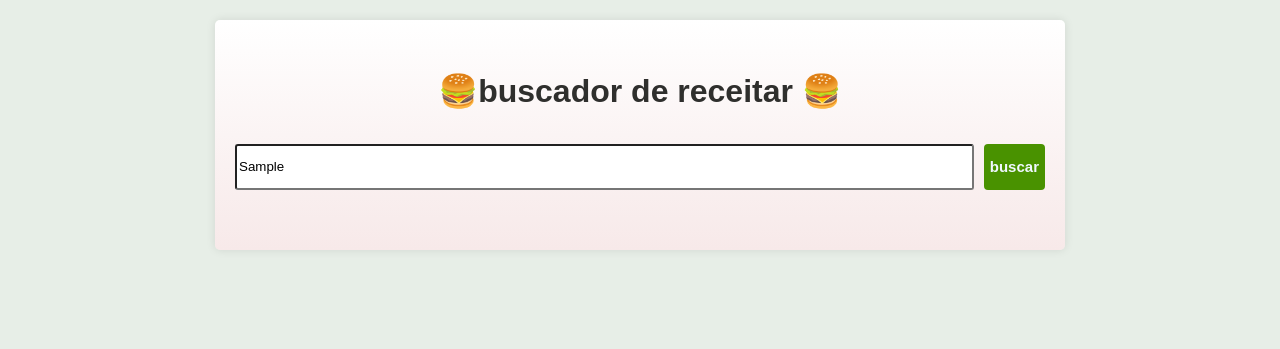
Repository: RoneT9/Receitas
Page: receita.html
These files come from the project's save history. The page is drawn as it stood at one moment and after the next save; the edit follows.
The browser window is 1280 px wide. The pictures show the whole page.
Empty fields were first filled with sample values (such as "Sample", 5 or name@example.com).
After loading, the first visible `form.search-form` was submitted once.
The page's requests for data from a server got no answer.

Above is the page before, as saved 2026-02-21 20:17:50.

### receita.html
<!doctype html>
<html lang="en">
  <head>
    <meta charset="UTF-8" />
    <meta name="viewport" content="width=device-width, initial-scale=1.0" />
    <link rel="stylesheet" href="receita.css" />
    <title>Document</title>
  </head>
  <body>
    <main class="container">
      <h1>buscador de receitar</h1>
      <form class="search-form">
        <input type="text" placeholder="digite o ingrediente" class="seach-ipunt" />
        <button class="btn" type="submit">buscar</button>
      </form>
      <div class="loading"></div>
      <div class="recipe-list"></div>
      <div class="recipe-details"></div>
    </main>
  </body>
  <script src="receita.js"></script>
</html>

### receita.css
body {
  margin: 0;
  padding: 20px;
  line-height: 1.9;
  font-family: sans-serif;
  background-color: rgb(231, 238, 231);
}

.container {
  width: 810px;
  background: linear-gradient(to top, rgb(247, 233, 233), white);
  margin: 0 auto;
  padding: 20px;
  box-shadow: 0 0 10px rgba(0, 0, 0, 0.1);
  border-radius: 5px;
}

h1 {
  color: rgb(47, 47, 45);
  text-align: center;
}

.search-form {
  display: flex;
  gap: 10px;
  margin-bottom: 20px;
}

.seach-ipunt {
  flex: 1;
  height: 28px;
  outline: none;
  border-radius: 3px;
  height: 40px;
}

.seach-ipunt:focus {
  background-color: rgb(221, 219, 217);
}

.btn {
  padding: 10px 20;
  background-color: rgb(73, 146, 0);
  cursor: pointer;
  border-radius: 4px;
  border: none;
  color: aliceblue;
  font-weight: 600;
  font-size: 15px;
  transition: 0.5s ease-out;
}

.btn:hover {
  background-color: rgb(94, 173, 14);
}

.btn:active {
  transform: scaleX(1.2);
}

h1::before {
  content: "🍔";
  color: brown;
}

h1::after {
  content: " 🍔";
  color: brown;
  object-fit: fill;
}

.recipe-card {
  border: 1px solid #decfcf;
  border-radius: 5px;
  text-align: center;
  cursor: pointer;
  transition: 0.05s;
  width: 400px;
}

.recipe-card img {
  margin: 30px;
  height: 200px;
  width: 250px;
  object-fit: cover;
  border-radius: 5px;
  box-shadow: 0 0 10px rgba(01, 10, 0, 0.1);
  transition: 02s;
}

img:hover {
  transform: scaleX(1.1);
  transform: scaleY(1.1);
}

.recipe-list {
  display: grid;
  grid-template-columns: repeat(auto-fill, minmax(200px, 1fr));
  gap: 3px;
}

.recipe-details {
  margin-top: 20px;
}

.recipe-details img {
  /* width: 100%; */
  max-width: 400px;
  height: 450px;
  object-fit: cover;
  border-radius: 5px;
  box-shadow: 2px 2px 10px 2px;
}

### receita.js
//ALGORITMOS

//Saber quando o usuario clicou na receita
//Busca informaçães da receita individual na API
//Colocar a receita individualna tela

//Pegar a informação do input , quando o botão for clicado
const input = document.querySelector(".seach-ipunt");
const form = document.querySelector(".search-form");
const recipelist = document.querySelector(".recipe-list");
const recipeDetails = document.querySelector(".recipe-details");

form.addEventListener("submit", (e) => {
  e.preventDefault();
  const inputValue = e.target[0].value;
  seachRecipes(inputValue);
});

//Ir ate a API , trazer as receitas
async function seachRecipes(ingredient) {
  const response = await fetch(`https://www.themealdb.com/api/json/v1/1/filter.php?i=${ingredient}`);
  const data = await response.json();
  showRecipe(data.meals);
}

//Colocar as receitas na tela
function showRecipe(recipes) {
  recipelist.innerHTML = recipes
    .map(
      (item) =>
        `
    <div class ="recipe-card"onclick ="getRecipeDatails(${item.idMeal})">
    <img src = "${item.strMealThumb}" alt = "recipe-photo">
    <h3>${item.strMeal}</h3>
    </div>
    <br/>
    `,
    )
    .join("");
}
//saber quando o usuario clicou na receita
async function getRecipeDatails(id) {
  const response = await fetch(`https://www.themealdb.com/api/json/v1/1/lookup.php?i=${id}`);
  const data = await response.json();
  const recipe = data.meals[0];

  let ingredients = "";

  for (let i = 1; i <= 20; i++) {
    if (recipe[`strIngredient${i}`]) {
      ingredients += `<li>${recipe[`strIngredient${i}`]} - ${recipe[`strMeasure${i}`]}</li>`;
    } else {
      break;
    }
  }

  recipeDetails.innerHTML = `
  <h2>${recipe.strMeal}</h2>
  <img src="${recipe.strMealThumb}" alt=${recipe.strMeal}">
  <h3>Categoria: ${recipe.strCategory}</h3>
  <h3>Origem: ${recipe.strArea}</h3>
  <h3>ingredientes</h3>
  <ul>${ingredients} </ul>
  <h3>instruçães</h3>
  <p>${recipe.strInstructions}</p>
  <p>video: <a href="${recipe.strYoutube}"target="_blank">Assistar no Yobube<p/>`;
}

After the next save:
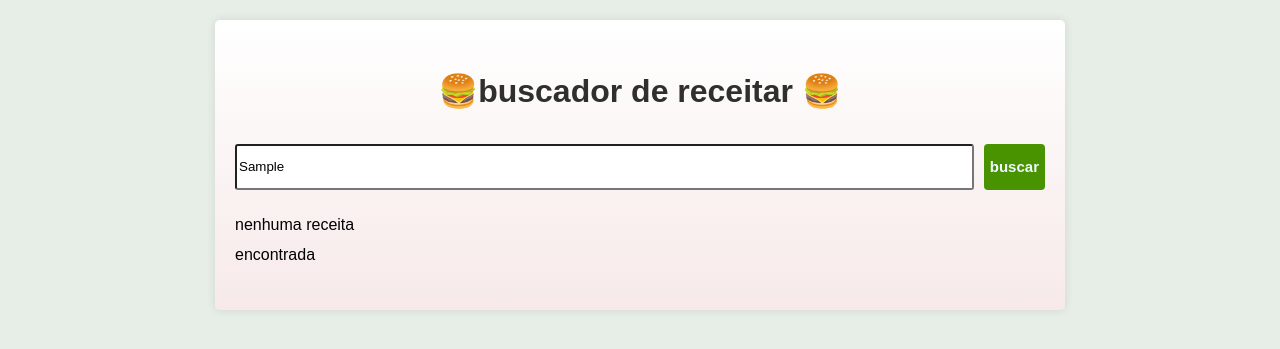
Saved 8 min 50 s later.
--- a/receita.js
+++ b/receita.js
@@ -18,9 +18,13 @@ form.addEventListener("submit", (e) => {
 
 //Ir ate a API , trazer as receitas
 async function seachRecipes(ingredient) {
-  const response = await fetch(`https://www.themealdb.com/api/json/v1/1/filter.php?i=${ingredient}`);
-  const data = await response.json();
-  showRecipe(data.meals);
+  try {
+    const response = await fetch(`https://www.themealdb.com/api/json/v1/1/filter.php?i=${ingredient}`);
+    const data = await response.json();
+    showRecipe(data.meals);
+  } catch (error) {
+    recipelist.innerHTML = `nenhuma receita encontrada`;
+  }
 }
 
 //Colocar as receitas na tela
